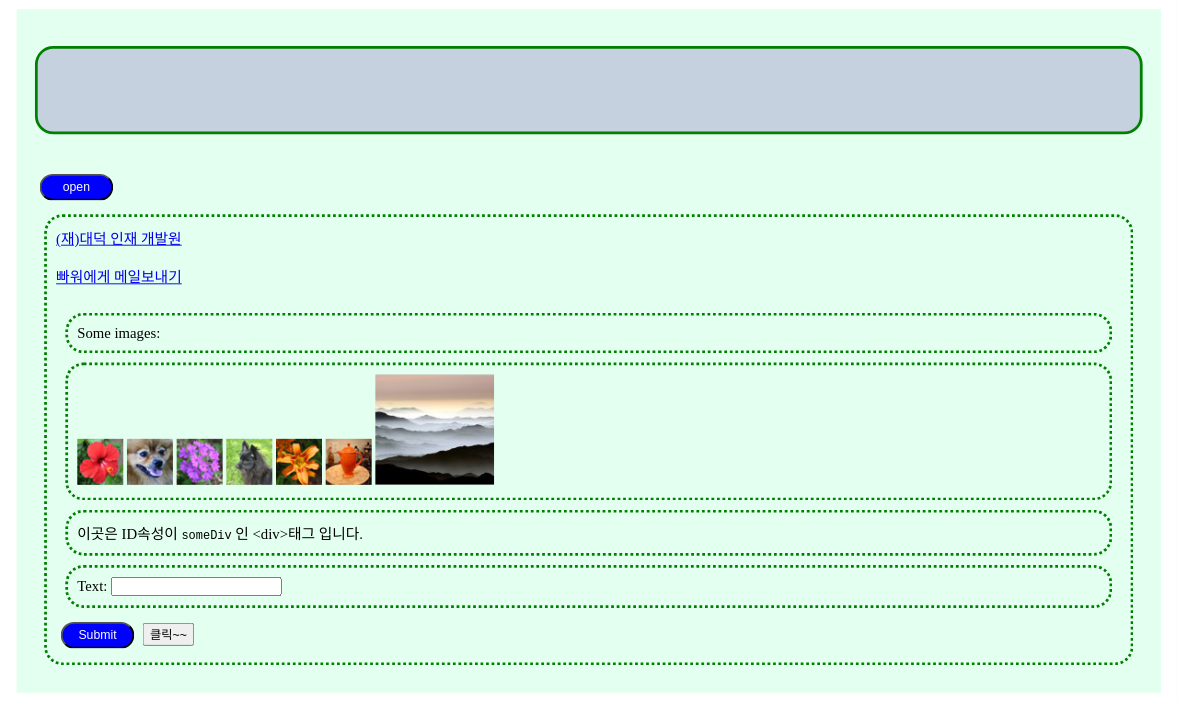
Repository: ypyp0205/jquery
Page: jqpro/WebContent/0211/선택자_속성2.html
The author's editor kept a copy of each file at every save. The page is drawn from the files as they stood at one save, then again after the next save.
The browser window is 1280 px wide. The pictures show the whole page, at 92% of full size.

Above is the page before, as saved 2020-02-11 04:51:59.

After the next save:
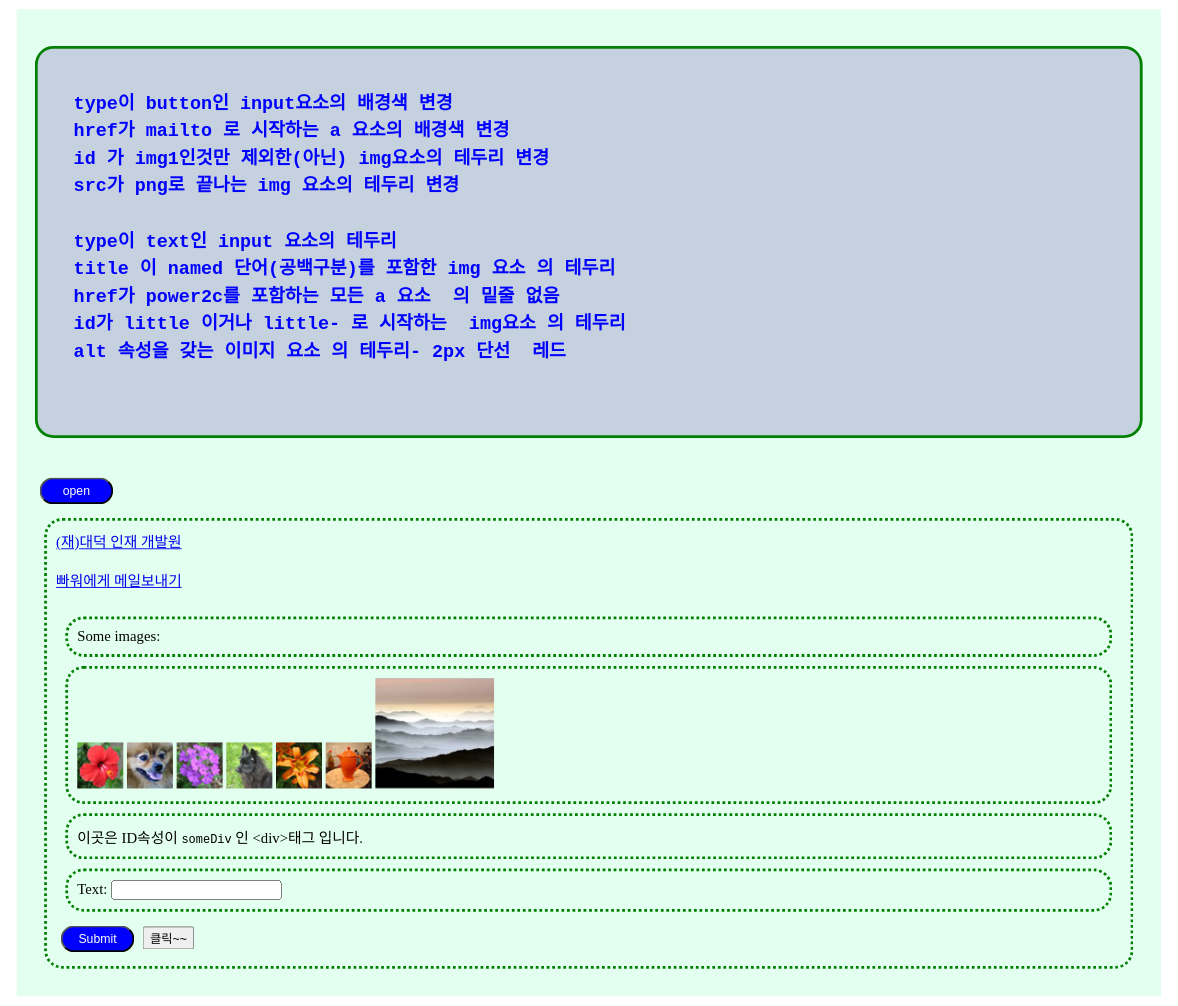
Saved 111 s later.
--- a/jqpro/WebContent/0211/선택자_속성2.html
+++ b/jqpro/WebContent/0211/선택자_속성2.html
@@ -14,7 +14,17 @@
 
 	<div class="box">
 		<h2></h2>
-		<pre>
+<pre>
+  type이 button인 input요소의 배경색 변경
+  href가 mailto 로 시작하는 a 요소의 배경색 변경
+  id 가 img1인것만 제외한(아닌) img요소의 테두리 변경
+  src가 png로 끝나는 img 요소의 테두리 변경
+
+  type이 text인 input 요소의 테두리
+  title 이 named 단어(공백구분)를 포함한 img 요소 의 테두리
+  href가 power2c를 포함하는 모든 a 요소  의 밑줄 없음
+  id가 little 이거나 little- 로 시작하는  img요소 의 테두리
+  alt 속성을 갖는 이미지 요소 의 테두리- 2px 단선  레드
 
 		</pre>
 		<br>
